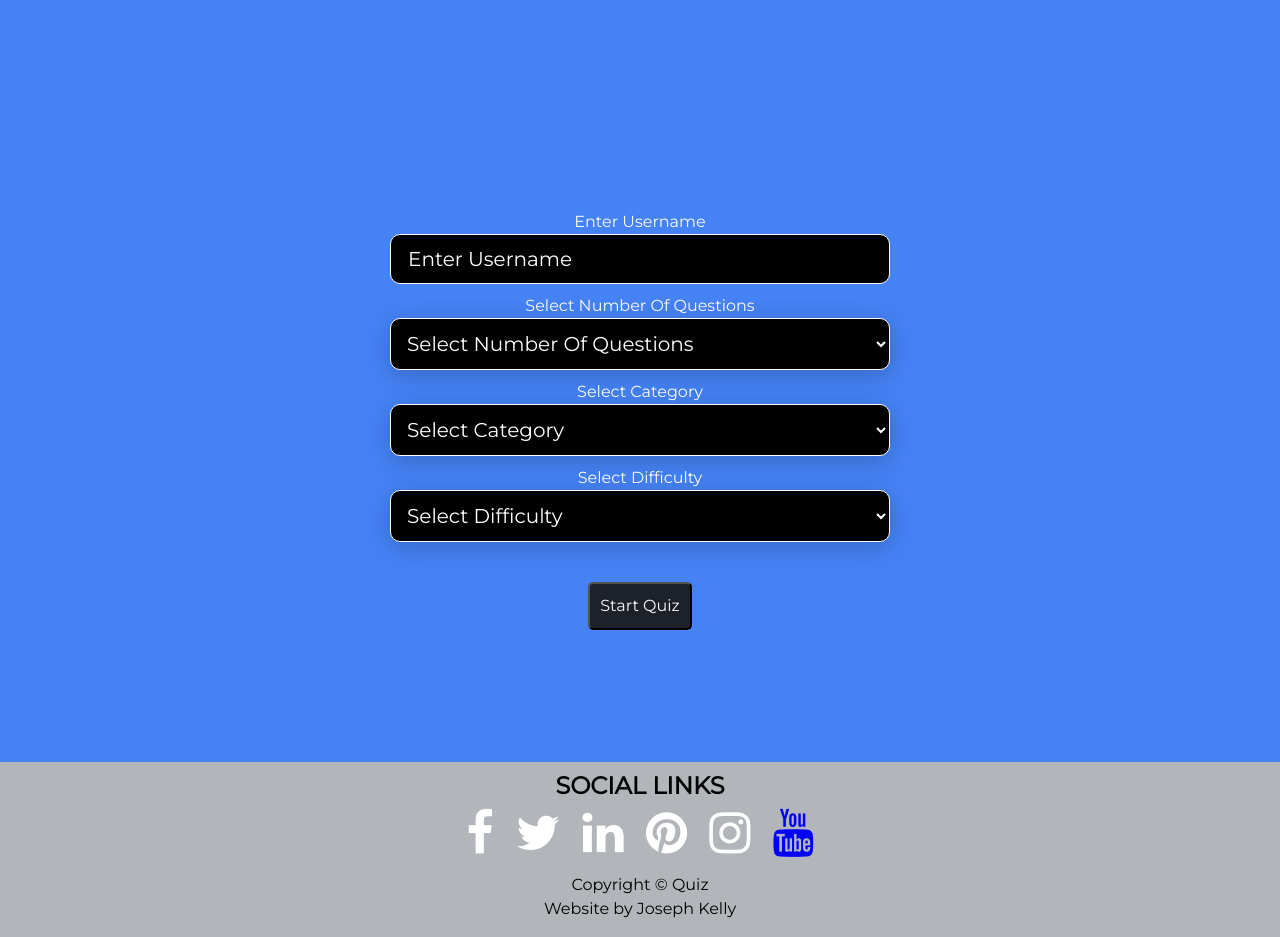
Repository: Code-Institute-Submissions/quiz-1
Page: load.html
The author's editor kept a record of every edit. The page is drawn from the files as they stood at one moment, then again after the next edit.
The browser window is 1280 px wide. The pictures show the whole page.

Above is the page before.

After the next edit:
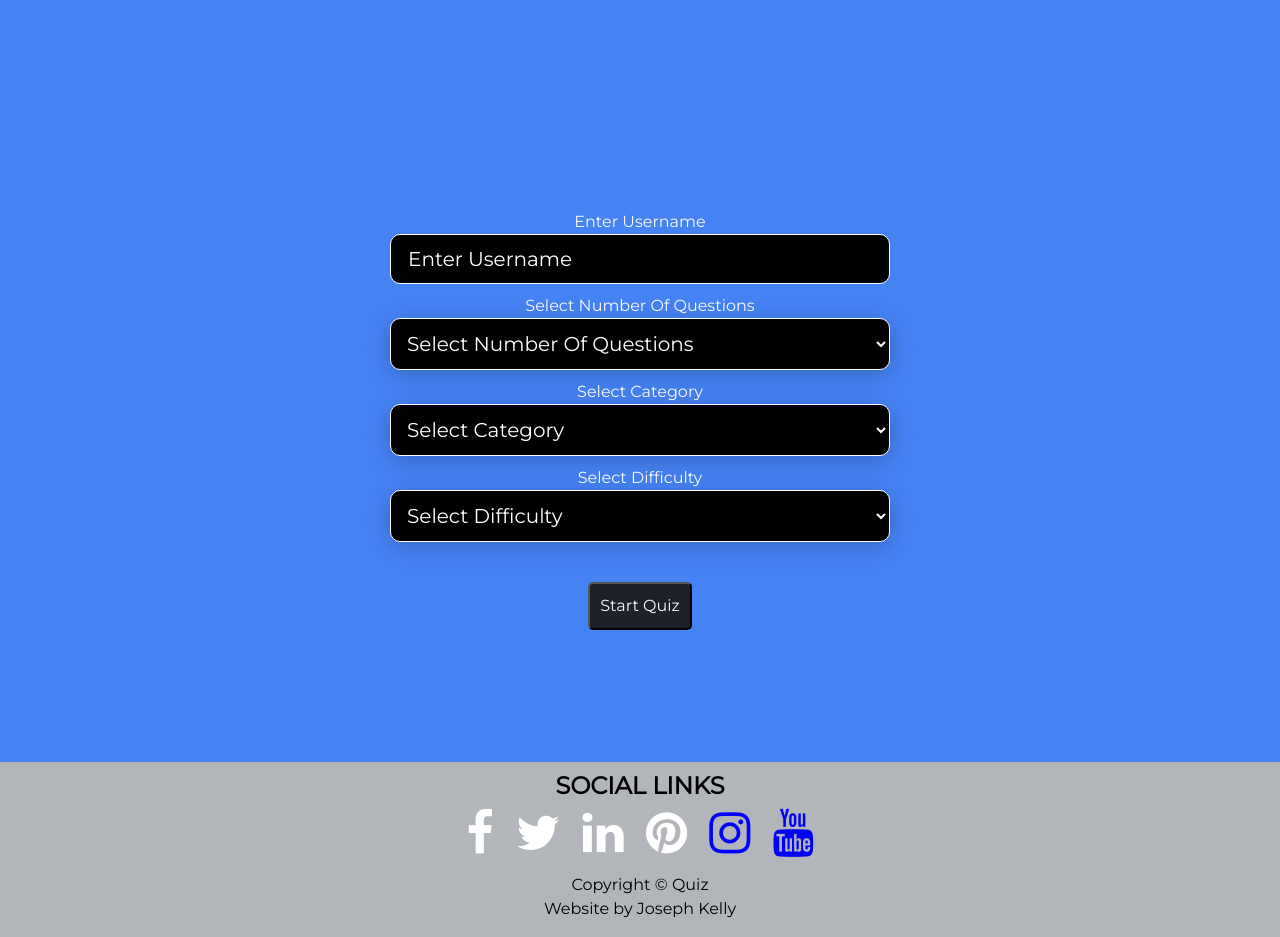
The edit:
--- a/load.html
+++ b/load.html
@@ -123,7 +123,7 @@
                     </li>
                     <li class="list-inline-item">
                         <a target="_blank" href="#">
-                            <i class="fa fa-instagram fa-3x" aria-hidden="true"></i>
+                            <i class="fa fa-instagram fa-3x" id="icon" aria-hidden="true"></i>
                             <span class="sr-only">Instagram</span>
                         </a>
                     </li>
